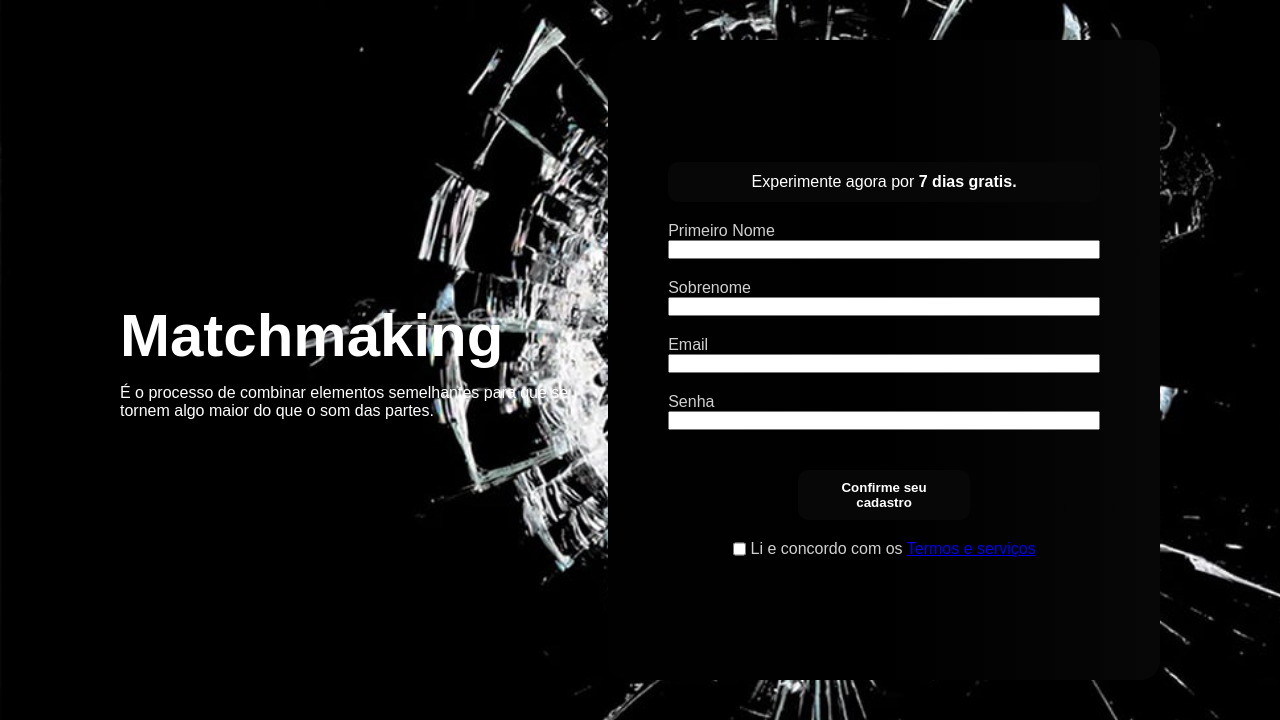
Repository: analessp/tela-login
Page: index.html
These files come from the project's save history. The page is drawn as it stood at one moment and after the next save; the edit follows.
The browser window is 1280 px wide. The pictures show the whole page.
Some web fonts or font styles are not loaded; a fallback is used.

Above is the page before, as saved 2025-04-16 11:47:32.

### index.html
<!DOCTYPE html>
<html lang="pt-br">
  <head>
    <meta charset="UTF-8" />
    <meta name="viewport" content="width=device-width, initial-scale=1.0" />
    <title>Tela de Login</title>
    <link rel="stylesheet" href="style.css" />
    <link rel="preconnect" href="https://fonts.googleapis.com" />
    <link rel="preconnect" href="https://fonts.gstatic.com" crossorigin />
    <link href="https://fonts.googleapis.com/css2?family=Nunito:ital,wght@0,200..1000;1,200..1000&family=Special+Gothic&display=swap" rel="stylesheet" />
  </head>
  <body>
    <main>
      <div class="container-left">
        <h1>Matchmaking</h1>
        <p>É o processo de combinar elementos semelhantes para que se tornem algo maior do que o som das partes.</p>
      </div>
      <div class="container-right">
        <a href="#" class="teste-gratis">
          <p>Experimente agora por <b>7 dias gratis.</b></p>
        </a>
        <div class="forms">
          <form>

            <div>
              <label for="name">
                <p>Primeiro Nome</p>
                <input id="name" type="text" />
              </label>
            </div>

            <div>
                <label for="lastname">
                    <p>Sobrenome</p>
                    <input id="lastname" type="text" />
                </label>
            </div>

            <div>
                <label for="email">
                    <p>Email</p>
                    <input id="email" type="email" />
                </label>
            </div>

            <div>
                <label for="password">
                    <p>Senha</p>
                    <input id="password" type="password" />
                </label>
            </div>

            <button type="submit">
                <p>Confirme seu cadastro</p>
            </button>
            <div class="terms">
                <input type="checkbox">
                <p>
                    Li e concordo com os <a href="#">Termos e serviços</a>
                </p>
            </div>
          </form>
        </div>
      </div>
    </main
  </body>
</html>

### style.css
* {
    margin: 0;
    padding: 0;
    box-sizing: border-box;
    width: 100%;
    font-family: "Special Gothic", sans-serif;
}

main {
    display: flex;
    background-image: url("./assets/background.jpg");
    background-repeat: no-repeat center center;
    background-size: cover;
    display: flex;
    height: 100vh;
    z-index: 0;
    padding: 40px 120px;
}

&::after {
    content: "";
    background: #1e130c;
    position: absolute;
    top: 0;
    left: 0;
    opacity: 0.9;
    width: 100%;
    height: 100%;
    z-index: -1;
}

.container-left {
    color: white;
    display: flex;
    justify-content: center;
    flex-direction: column;
    gap: 14px;
}

.container-left h1 {
    font-size: 60px;

    &:hover::after{
        cursor: pointer;
        content: "";
        position: absolute;
        bottom: 350px;
        left: 120px;
        background-color: #d0d0d0;
        height: 4px;
        width: 420px;
        transition-duration: 800ms;
        animation-name: left-to-right;
        animation-duration: 620ms;
        animation-iteration-count: 1;
        }
}

.container-right {
    background: #080707;
    background: linear-gradient(90deg, rgb(1, 1, 1) 0%, rgb(0, 0, 0) 50%, rgba(8, 7, 7, 1) 100%);
    display: flex;
    flex-direction: column;
    justify-content: center;
    align-items: center;
    padding: 0 60px;
    border-radius: 20px;
}

.teste-gratis {
    display: flex;
    justify-content: center;
    align-items: center;
    text-align: center;
    width: 100%;
    max-width: 460px;
    height: 40px;
    background-color: #080707;
    text-decoration: none;
    color: white;
    border-radius: 10px;
    margin-bottom: 20px;

}

.teste-gratis p{
text-align: center;
}

.forms form{
    display: flex;
    flex-direction: column;
    gap: 20px;
    color: #d0d0d0;
}

.forms button {
    cursor: pointer;
    margin-top: 20px;
    border-radius: 10px;
    padding: 10px 15px;
    background-color: #080707;
    color: #fff;
    width: 40%;
    align-self: center;
    border: 0px;
    box-shadow: 1px 0.2px 0.5px #030303;
    font-weight: 580;
    transition-duration: 500ms;

    &:hover {
        transform: translate(300px)
    }
}

.terms {
    display: flex;
    justify-content: center;
    gap: 5px;
}

.terms input {
    width: fit-content;

}

.terms p{
    width: fit-content;
}

@keyframes left-to-right {
0% {
    width: 0;
}
100% {
    width: 400px;
}
}

After the next save:
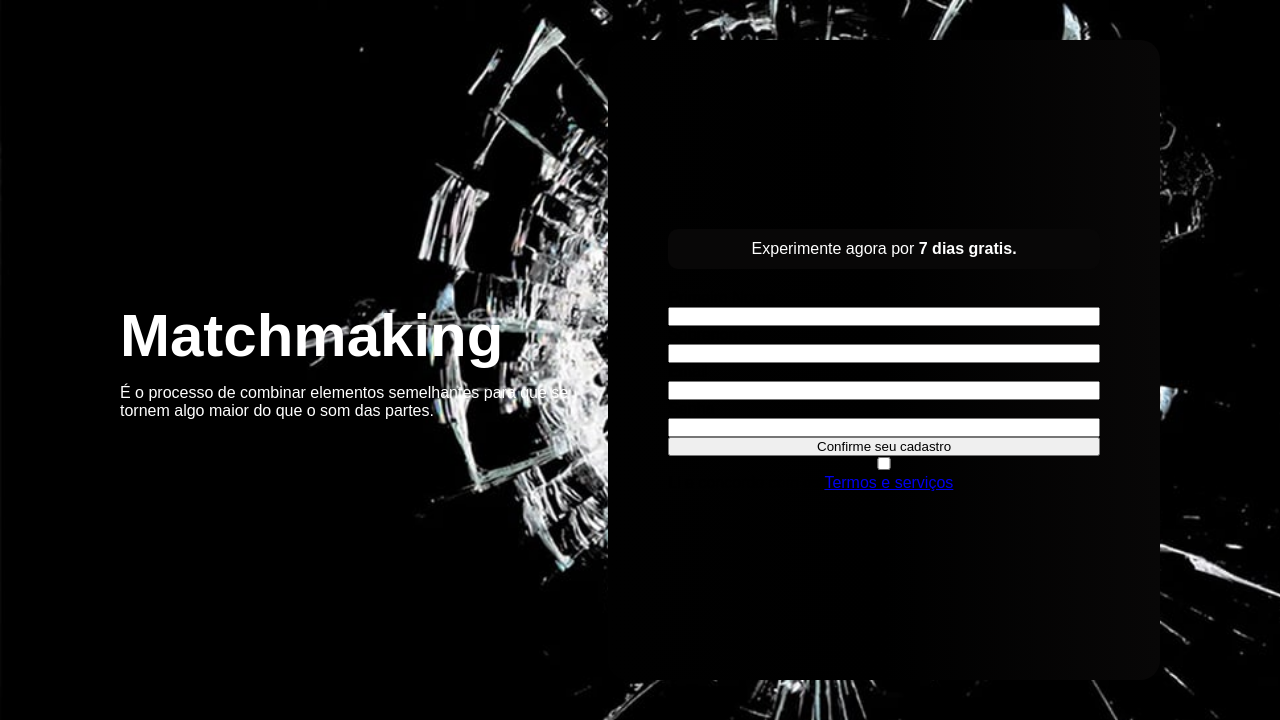
Saved 17 s later.
--- a/style.css
+++ b/style.css
@@ -81,6 +81,9 @@
     border-radius: 10px;
     margin-bottom: 20px;
 
+    &:hover {
+        transform: translate(300px)
+
 }
 
 .teste-gratis p{

After the 4 saves that followed:
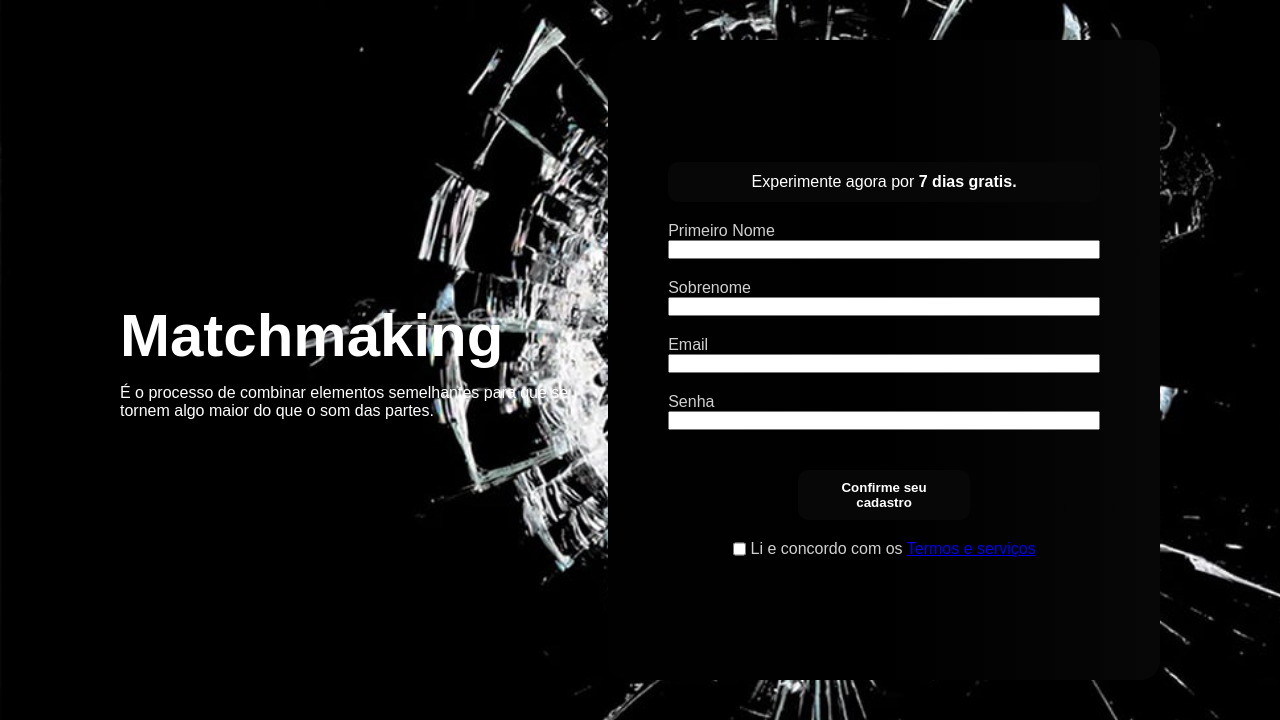
The 4 saves are shown as one change because 3 left the picture as it was.
The last was saved 51 s later.
--- a/style.css
+++ b/style.css
@@ -80,10 +80,6 @@
     color: white;
     border-radius: 10px;
     margin-bottom: 20px;
-
-    &:hover {
-        transform: translate(300px)
-
 }
 
 .teste-gratis p{
